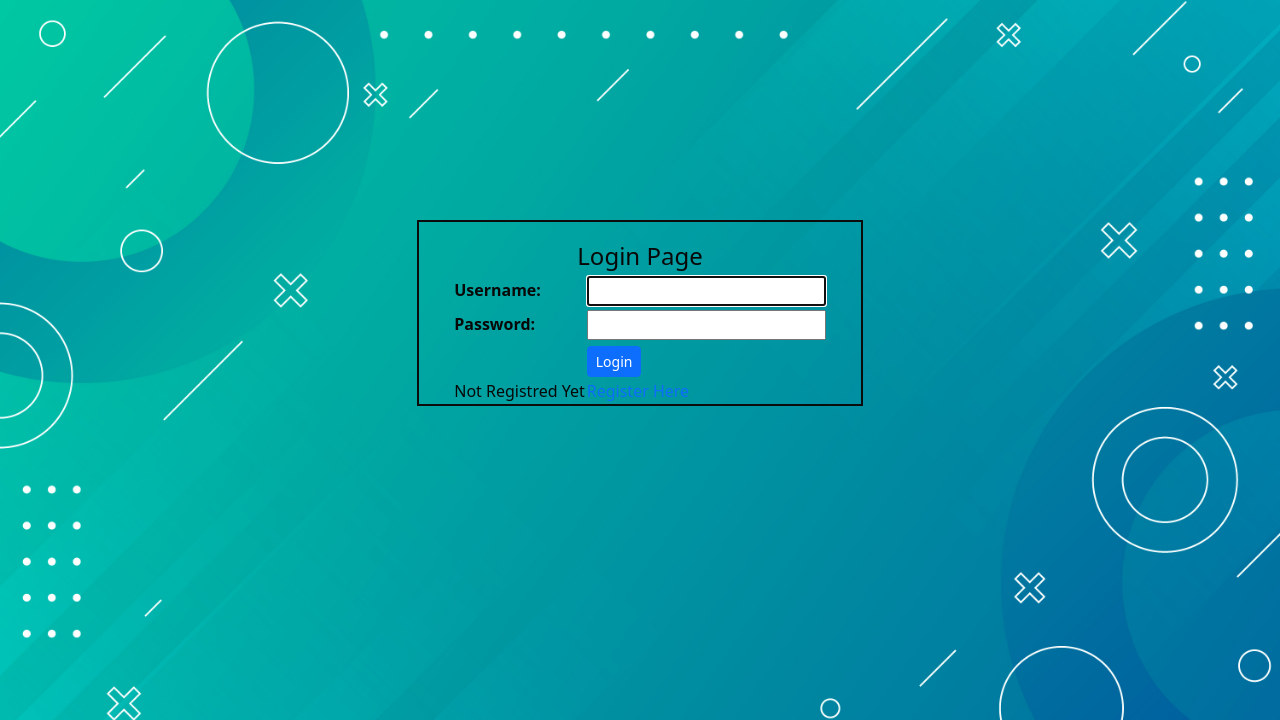
Repository: AbakashRonny/Institute-Management
Page: http://localhost/CodeDaisApp/login/
These files come from the project's save history. The page is drawn as it stood at one moment and after the next save; the edit follows.
The browser window is 1280 px wide. The pictures show the whole page.
The page is served by the project's application, run on Django 5.2 (manage.py).

Above is the page before, as saved 2024-06-17 03:28:43.

After the next save:
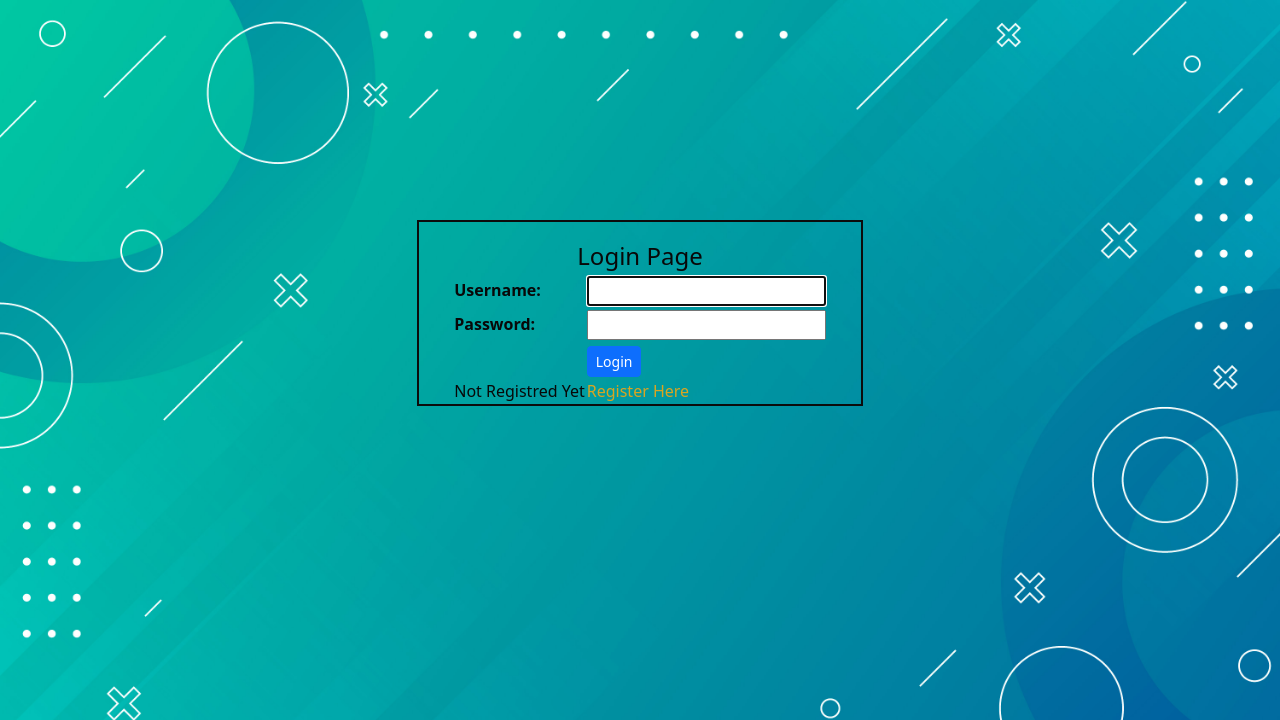
Saved 57 s later.
--- a/templates/CodeDaisApp/login.html
+++ b/templates/CodeDaisApp/login.html
@@ -55,7 +55,7 @@
             </tr>
             <tr>
               <td>Not Registred Yet</td>
-              <td><a href="{% url 'signup' %}">Register Here</a></td>
+              <td><a href="{% url 'signup' %}" style="color: goldenrod;">Register Here</a></td>
             </tr>
         </table>
         </form>
